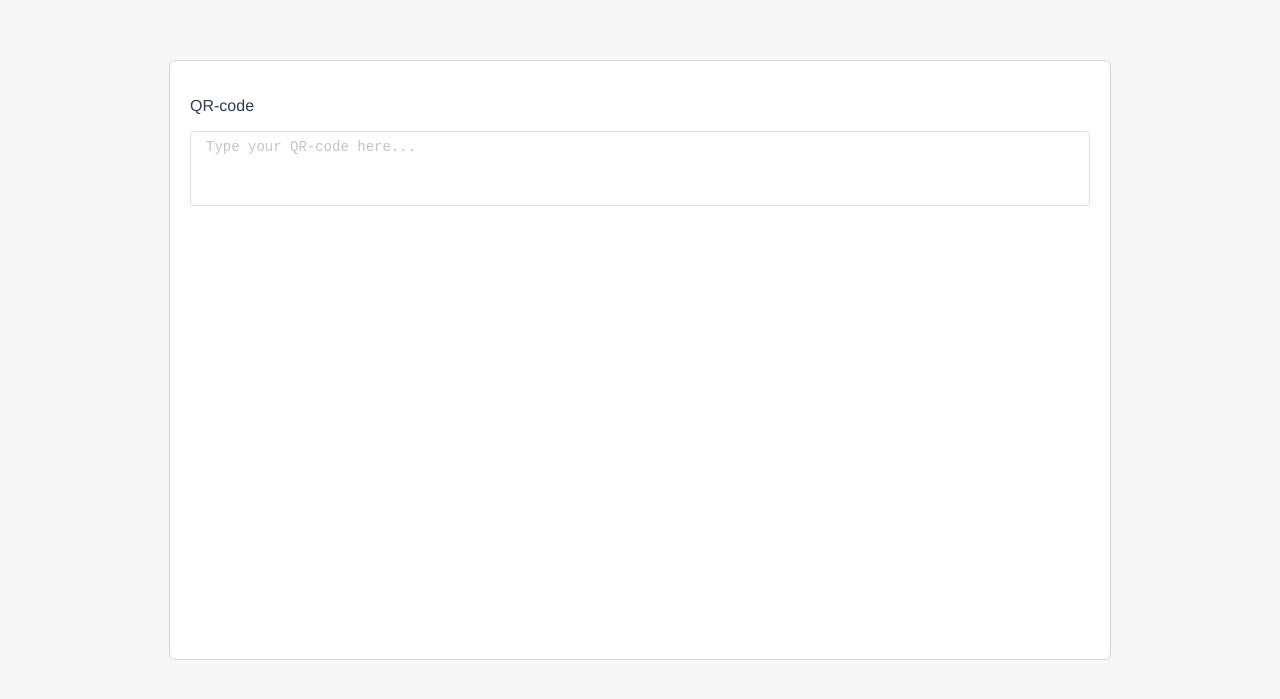
Repository: dvasyliev/qrcode_parser
Page: /
An editor plug-in stored every save of this project. The page is shown before and after the next save, followed by the edit.
The browser window is 1280 px wide. The pictures show the whole page.
The project was rebuilt for these pictures with package versions that can differ from the ones it lists, and the page was loaded fresh each time.

Above is the page before, as saved 2018-08-26 10:46:57.

### index.html
<!DOCTYPE html>
<html>
  <head>
    <meta charset="utf-8">
    <meta name="viewport" content="width=device-width,initial-scale=1.0">
    <title>test_qrcode_parser</title>
  </head>
  <body>
    <div id="app"></div>
    <!-- built files will be auto injected -->
  </body>
</html>

### src/main.js
// The Vue build version to load with the `import` command
// (runtime-only or standalone) has been set in webpack.base.conf with an alias.
import Vue from 'vue'
import App from './App'

import ElementUI from 'element-ui'
import 'element-ui/lib/theme-chalk/index.css'

Vue.use(ElementUI)
Vue.config.productionTip = false

/* eslint-disable no-new */
new Vue({
  el: '#app',
  components: { App },
  template: '<App/>'
})

### src/App.vue
<template>
  <div id="app">
    <div class="page">
      <div class="page__inner">
        <div class="page__content">
          <p>QR-code</p>
          <el-input
          v-model="qrcode"
          type="textarea"
          placeholder="Type your QR-code here..."
          resize="none"
          :rows="3"/>
          <br><br>

          {{ qrcodeParsed }}
        </div>
      </div>
    </div>
  </div>
</template>

<script>
import { treeBuilder } from '@/utils/qrcode'
export default {
  name: 'App',

  data() {
    return {
      qrcode: ''
    }
  },

  computed: {
    qrcodeParsed() {
      return treeBuilder(this.qrcode)
    }
  }
}
</script>

<style lang="scss">
html,
body {
  margin: 0;
  padding: 0;
}

#app {
  font-family: 'Avenir', Helvetica, Arial, sans-serif;
  -webkit-font-smoothing: antialiased;
  -moz-osx-font-smoothing: grayscale;
  text-align: center;
  color: #2c3e50;
}

.page {
  display: flex;
  flex-direction: column;
  min-height: 100vh;
  box-sizing: border-box;
  padding: 60px 0;
  background-color: #F7F7F7;

  &__inner {
    display: flex;
    flex-grow: 1;
    width: 100%;
    max-width: 900px;
    margin: 0 auto;
    padding: 20px;
    background-color: #FFFFFF;
    border: 1px solid #D2D6D9;
    border-radius: 6px;
  }

  &__content {
    width: 100%;
    text-align: left;
  }
}
</style>

### src/utils/qrcode.js
const treeBuilder = (string) => {
  const id = string.slice(0, 2)
  const length = string.slice(2, 2)
  const value = string.slice(4, length)

  console.log(id, length, value)
}

export {
  treeBuilder
}

After the next save:
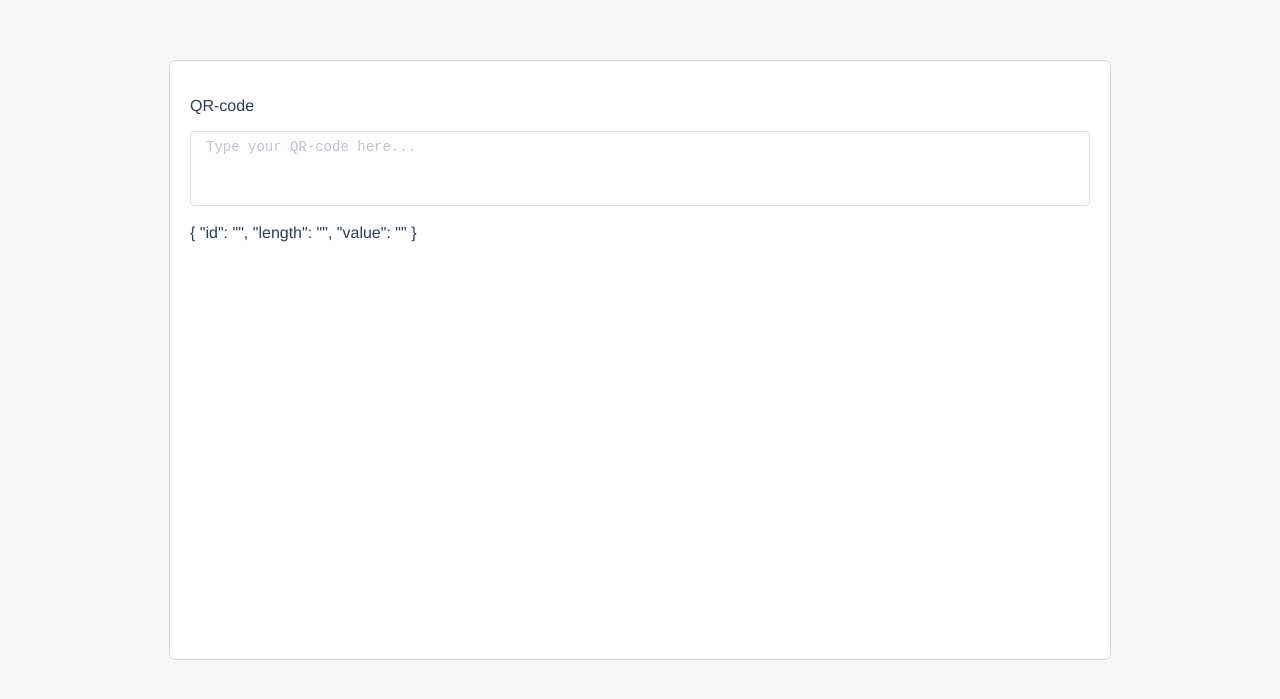
Saved 57 s later.
--- a/src/utils/qrcode.js
+++ b/src/utils/qrcode.js
@@ -3,7 +3,7 @@ const treeBuilder = (string) => {
   const length = string.slice(2, 2)
   const value = string.slice(4, length)
 
-  console.log(id, length, value)
+  return { id, length, value }
 }
 
 export {
